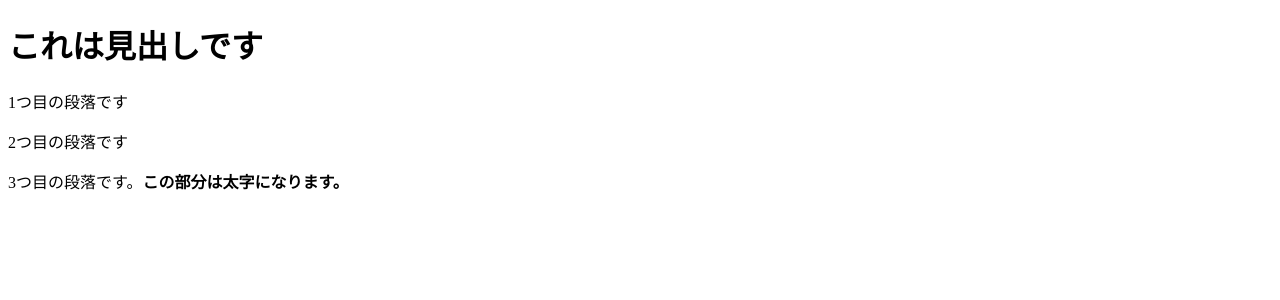
Repository: gorirawomen/first_app
Page: html_css/html_grammar/index.html
The author's editor kept a record of every edit. The page is drawn from the files as they stood at one moment, then again after the next edit.
The browser window is 1280 px wide. The pictures show the whole page.

Above is the page before.

After the next edit:
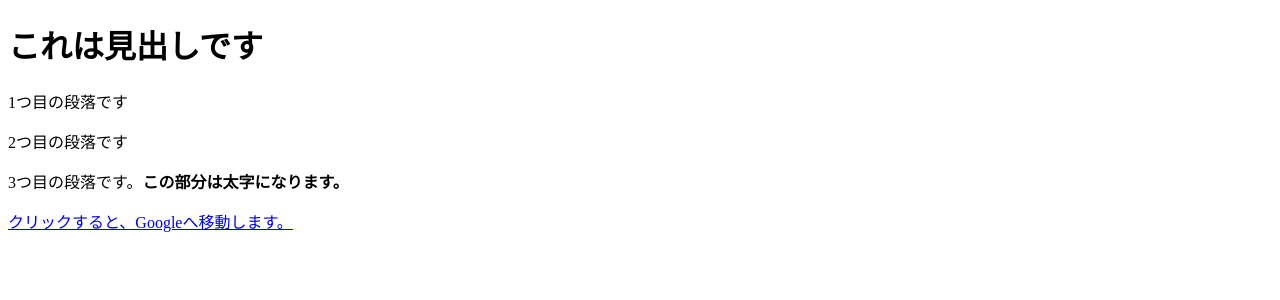
The edit:
--- a/html_css/html_grammar/index.html
+++ b/html_css/html_grammar/index.html
@@ -17,5 +17,6 @@
     <p>
       3つ目の段落です。<b>この部分は太字になります。</b>
     </p>
+    <a href="https://www.google.com/">クリックすると、Googleへ移動します。</a>
   </body>
 </html>
